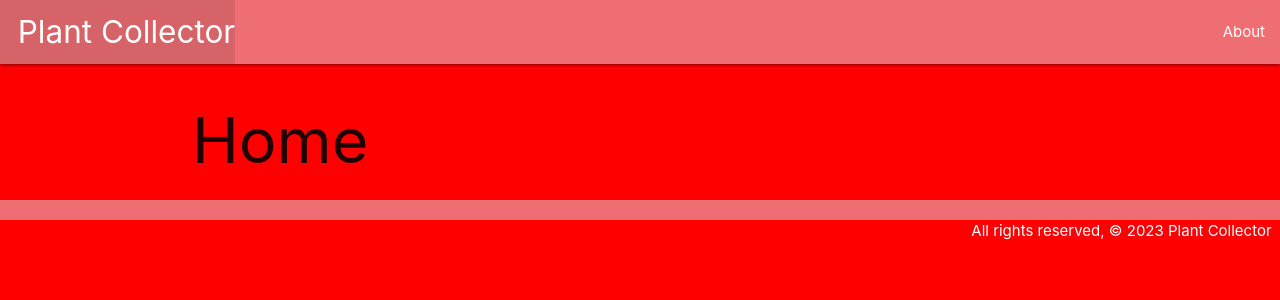
Repository: thecoachanna/plant-collector
Page: http://localhost/
The author's editor kept a copy of each file at every save. The page is drawn from the files as they stood at one save, then again after the next save.
The browser window is 1280 px wide. The pictures show the whole page.
The page is served by the project's application, run on Django 4.2 (manage.py). Other server files are loaded and not shown.

Above is the page before, as saved 2023-03-06 18:33:42.

### main_app/templates/home.html
{% extends 'base.html' %}
{% block content %}
    <h1>Home</h1>
{% endblock %}

### main_app/templates/base.html
{% load static %}
<!DOCTYPE html>
<html lang="en">
<head>
    <meta charset="UTF-8">
    <meta http-equiv="X-UA-Compatible" content="IE=edge">
    <meta name="viewport" content="width=device-width, initial-scale=1.0">
    <title>Plant Collector</title>
    <link rel="stylesheet" href="https://cdnjs.cloudflare.com/ajax/libs/materialize/1.0.0/css/materialize.min.css">
    <script src="https://cdnjs.cloudflare.com/ajax/libs/materialize/1.0.0/js/materialize.min.js"></script>
    <link rel="stylesheet" type="text/css" href="{% static 'css/style.css' %}">
</head>
<body>
    <header class="navbar-fixed">
        <nav>
            <div class="nav-wrapper">
                <ul>
                    <li><a href="/" class="left brand-logo">&nbsp;&nbsp;Plant Collector</a></li>
                </ul>
                <ul class="right">
                    <li><a href="{% url 'about' %}">About</a></li>
                    {% comment %} <li><a href="{% url 'plants_create' %}">Add a Plant</a></li>
                    <li><a href="{% url 'index' %}">View All My Plants</a></li> {% endcomment %}
                </ul>
            </div>
        </nav>
    </header>
    <main class="container">
        {% block content %}
        {% endblock %}
    </main>
    <footer class="page-footer">
        <div class="right">All rights reserved, &copy; 2023 Plant Collector &nbsp;</div>
    </footer>
</body>
</html>

### main_app/views.py
from django.shortcuts import render

# Create your views here.
# View functions match URLs to code like Controllers in Express
# define home view function
def home(request):
    return render(request, 'home.html')

# define about view function
def about(request):
    return render(request, 'about.html')

### plantcollector/urls.py
"""plantcollector URL Configuration

The `urlpatterns` list routes URLs to views. For more information please see:
    https://docs.djangoproject.com/en/4.1/topics/http/urls/
Examples:
Function views
    1. Add an import:  from my_app import views
    2. Add a URL to urlpatterns:  path('', views.home, name='home')
Class-based views
    1. Add an import:  from other_app.views import Home
    2. Add a URL to urlpatterns:  path('', Home.as_view(), name='home')
Including another URLconf
    1. Import the include() function: from django.urls import include, path
    2. Add a URL to urlpatterns:  path('blog/', include('blog.urls'))
"""
from django.contrib import admin
from django.urls import path, include

urlpatterns = [
    path('admin/', admin.site.urls),
    # '' represents the "starts with" path
    path('', include('main_app.urls')),
]

### main_app/urls.py
from django.urls import path
from . import views

urlpatterns = [
    # using an empty string makes this the root route
    # views.home refers to a view that renders a file
    # the name='home' kwarg gives the route a name
    # naming routes is optional but best practice
    path('', views.home, name='home'),
    path('about/', views.about, name='about'),
]

### main_app/static/css/style.css
body {
    background-color: red;
  }

After the next save:
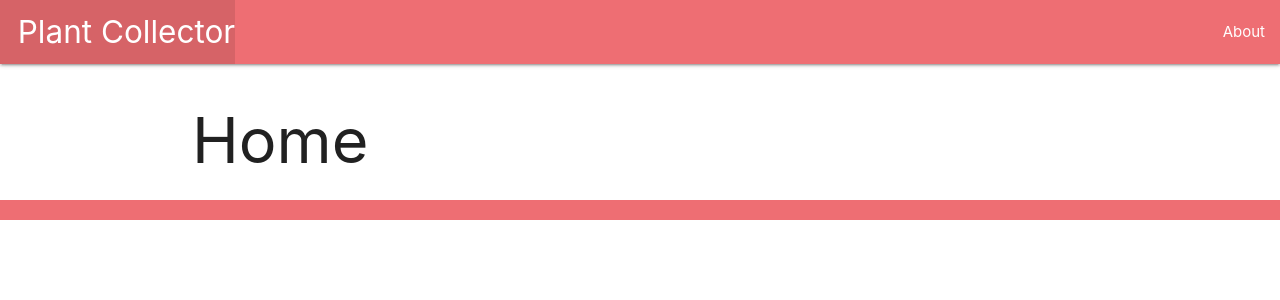
Saved 30 s later.
--- a/main_app/static/css/style.css
+++ b/main_app/static/css/style.css
@@ -1,3 +1,3 @@
 body {
-    background-color: red;
+    background-color: white;
   }
